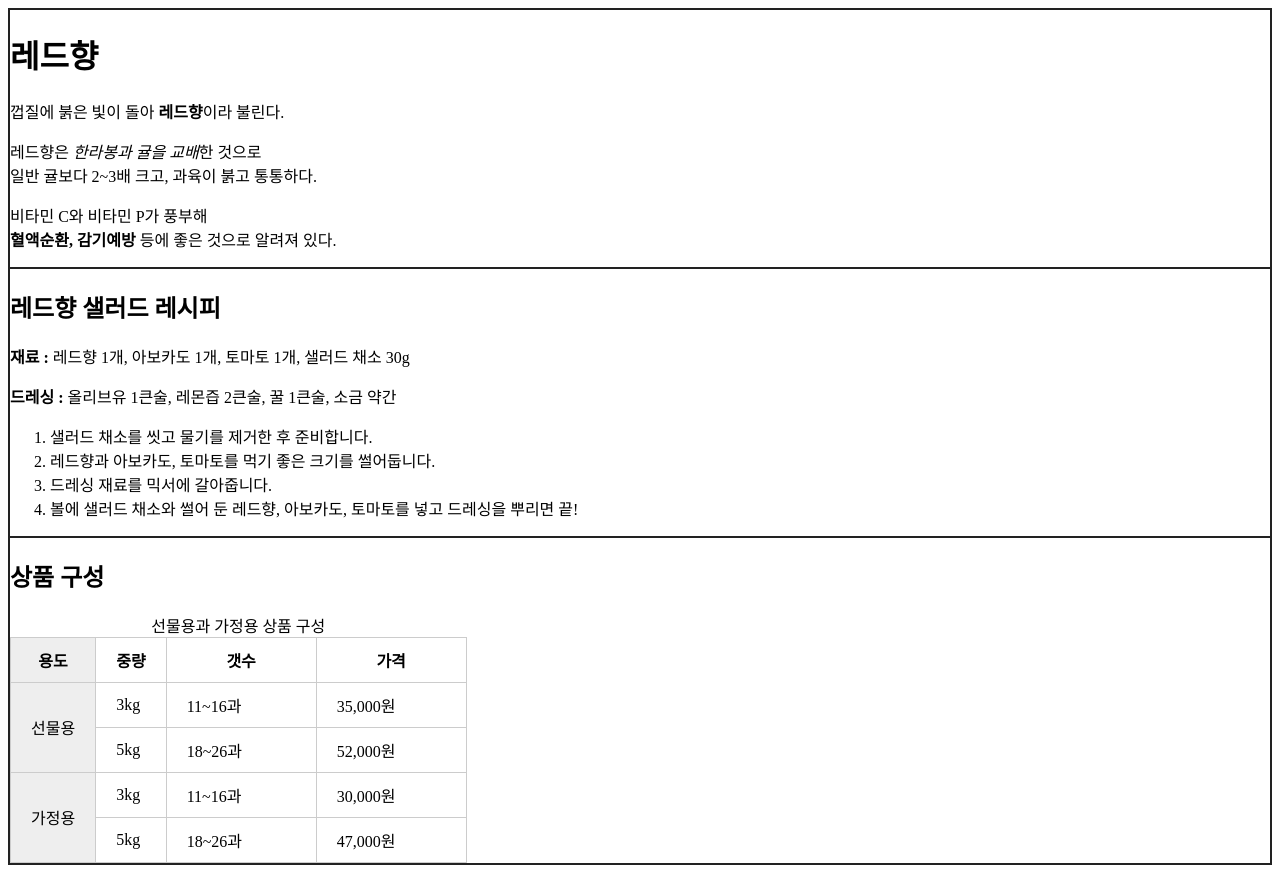
Repository: topyoungil/CodeMemories-ByJake
Page: HTML_CSS/WebContent/test/1003_css/product-result.html
The author's editor kept a copy of each file at every save. The page is drawn from the files as they stood at one save, then again after the next save.
The browser window is 1280 px wide. The pictures show the whole page.

Above is the page before, as saved 2022-10-03 05:48:33.

### HTML_CSS/WebContent/test/1003_css/product-result.html
<!DOCTYPE html>
<html>
<head>
<meta charset="UTF-8">
<title>Insert title here</title>
<style>
	table, th, td {
		border: 1px solid #ccc;
		border-collapse: collapse;
	}

	th, td {
		padding: 10px 20px;
	}

	div {
		border: 1px solid #222;
	}

</style>
</head>
<body>
<div id="container">
    <div id="description">
      <h1>레드향</h1>
      <p>껍질에 붉은 빛이 돌아 <b>레드향</b>이라 불린다.</p>
      <p>레드향은 <em>한라봉과 귤을 교배</em>한 것으로<br>일반 귤보다 2~3배 크고, 과육이 붉고 통통하다.</p>
      <p>비타민 C와 비타민 P가 풍부해<br> <strong>혈액순환, 감기예방</strong> 등에 좋은 것으로 알려져 있다.</p>
    </div>
    <div id="receipe">
      <h2>레드향 샐러드 레시피</h2>
      <p><b>재료 : </b>레드향 1개, 아보카도 1개, 토마토 1개, 샐러드 채소 30g</p>
      <p><b>드레싱 : </b>올리브유 1큰술, 레몬즙 2큰술, 꿀 1큰술, 소금 약간</p>
      <ol>
        <li>샐러드 채소를 씻고 물기를 제거한 후 준비합니다.</li>
        <li>레드향과 아보카도, 토마토를 먹기 좋은 크기를 썰어둡니다.</li>
        <li>드레싱 재료를 믹서에 갈아줍니다.</li>
        <li>볼에 샐러드 채소와 썰어 둔 레드향, 아보카도, 토마토를 넣고 드레싱을 뿌리면 끝!</li>
      </ol>
    </div>
    <div id="package">
      <h2>상품 구성</h2>
      <table>
        <caption>선물용과 가정용 상품 구성</caption>
        <colgroup>
          <col style="background-color:#eee;">
          <col>
          <col span="2" style="width:150px">
        </colgroup>
        <thead>
          <tr>
            <th>용도</th>
            <th>중량</th>
            <th>갯수</t>
            <th>가격</th>
          </tr>
        </thead>
        <tbody>
          <tr>
            <td rowspan="2">선물용</td>
            <td>3kg</td>
            <td>11~16과</td>
            <td>35,000원</td>
          </tr>
          <tr>
            <td>5kg</td>
            <td>18~26과</td>
            <td>52,000원</td>
          </tr>
          <tr>
            <td rowspan="2">가정용</td>
            <td>3kg</td>
            <td>11~16과</td>
            <td>30,000원</td>
          </tr>
          <tr>
            <td>5kg</td>
            <td>18~26과</td>
            <td>47,000원</td>
          </tr>
        </tbody>
      </table>
    </div>
    </div>
</body>
</html>

After the next save:
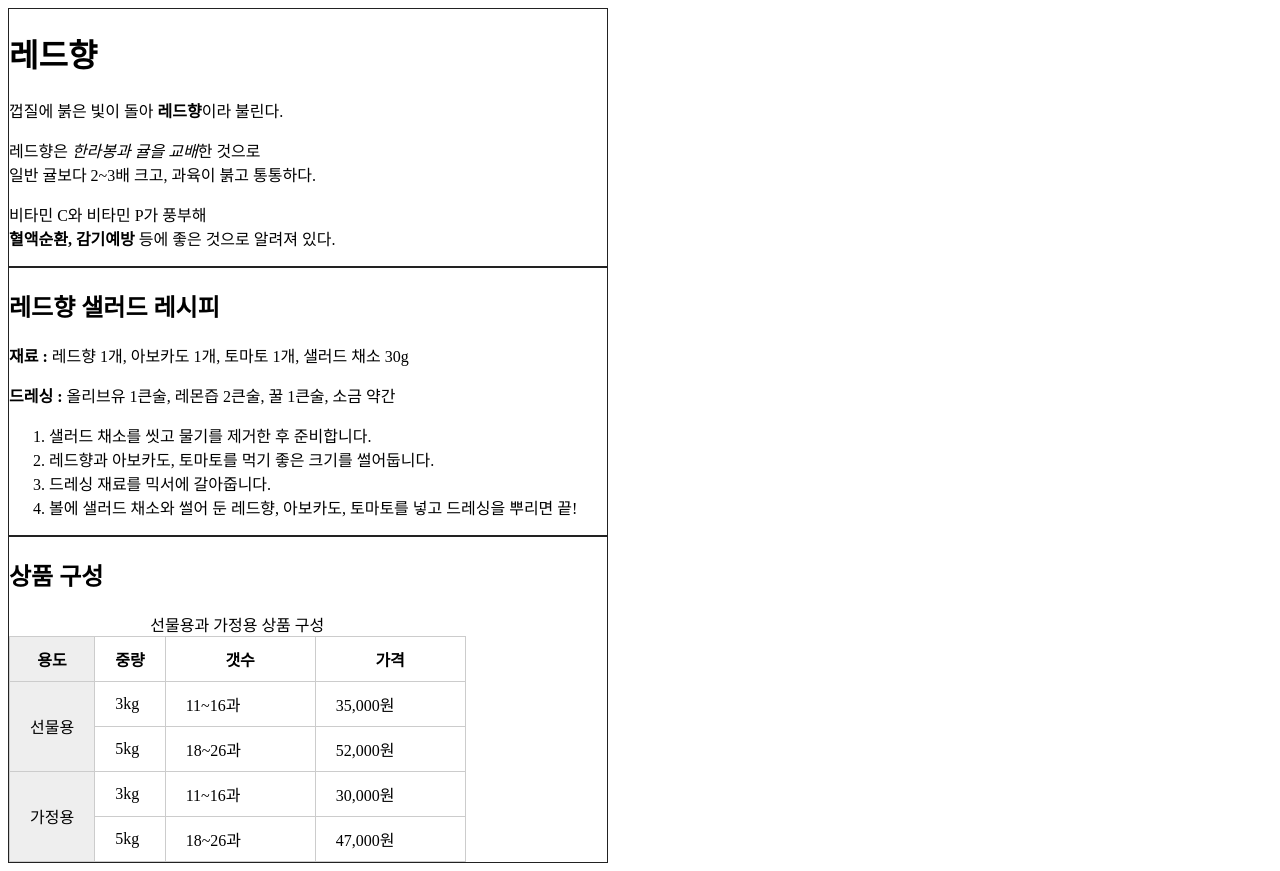
Saved 32 s later.
--- a/HTML_CSS/WebContent/test/1003_css/product-result.html
+++ b/HTML_CSS/WebContent/test/1003_css/product-result.html
@@ -17,6 +17,10 @@
 		border: 1px solid #222;
 	}
 
+	#container {
+		width: 600px;
+		border: none;
+	}
 </style>
 </head>
 <body>
